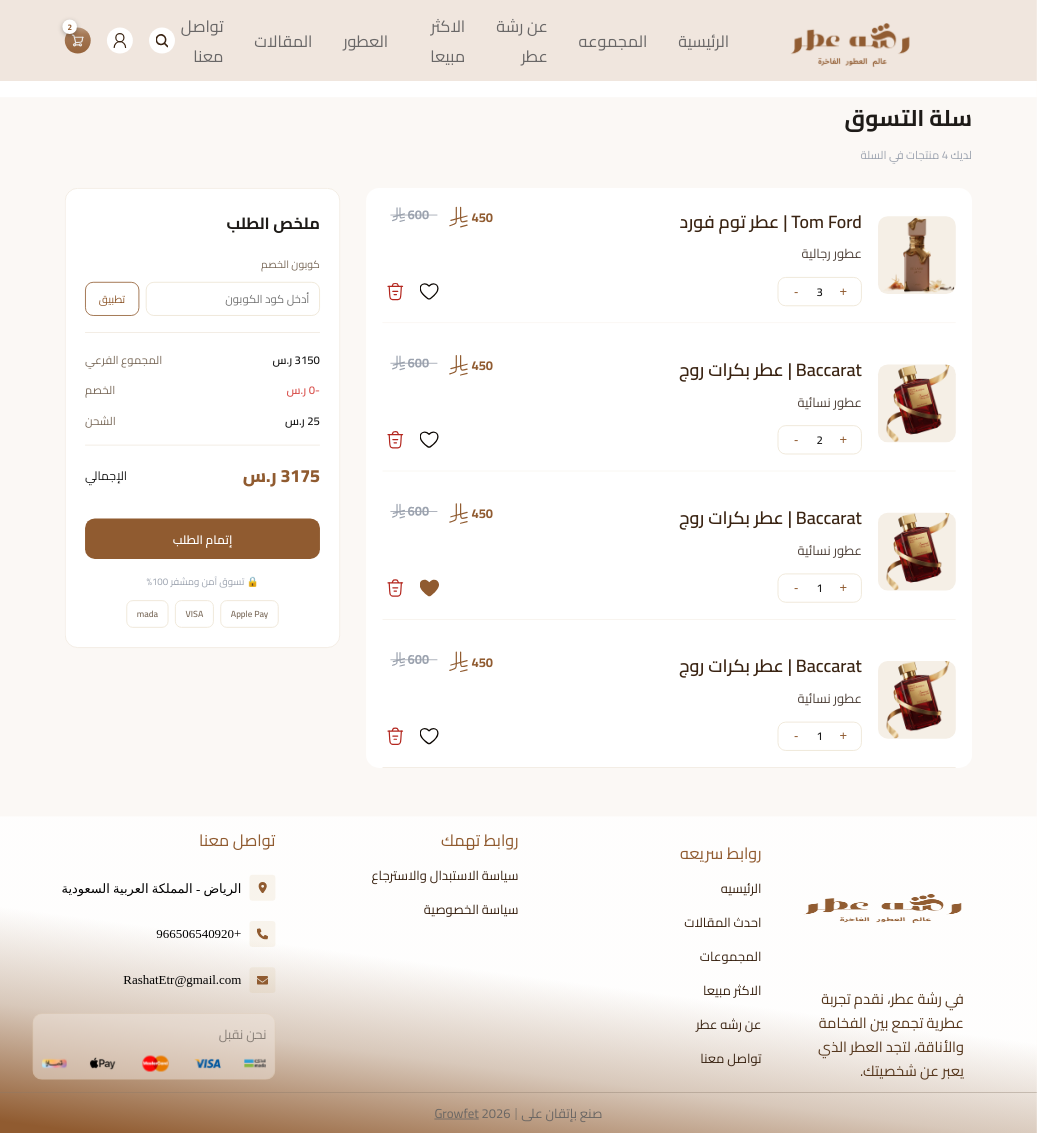
Repository: mahmoudesh74/rashet-3tr
Page: /ShoppingBasket
An editor plug-in stored every save of this project. The page is shown before and after the next save, followed by the edit.
The browser window is 1280 px wide. The pictures show the whole page, at 81% of full size.
Some web fonts or font styles are not loaded; a fallback is used. The project was rebuilt for these pictures with package versions that can differ from the ones it lists, and the page was loaded fresh each time. Also part of the build but not shown: vite.config.js, src/App.css, src/components/HeaderSection/Header.css, src/components/HeaderSection/Header.jsx, src/components/GroupSection/GroupSection.css, src/components/GroupSection/GroupSection.jsx, src/components/AboutSection/AboutSection.css, src/components/AboutSection/AboutSection.jsx and 35 more. Imported but missing from the stored project, and not drawn on this page: src/assets/vedio.mp4.

Above is the page before, as saved 2026-09-28 23:42:21.

### index.html
<!doctype html>
<html lang="ar" dir="rtl">
  <head>
    <meta charset="UTF-8" />
    <link rel="icon" type="image/svg+xml" href="/favicon.svg" />
    <meta name="viewport" content="width=device-width, initial-scale=1.0" />
    <title>rashet-3tr</title>
    <link rel="preconnect" href="https://fonts.googleapis.com">
<link rel="preconnect" href="https://fonts.gstatic.com" crossorigin>
<link href="https://fonts.googleapis.com/css2?family=Be+Vietnam+Pro:ital,wght@0,100;0,200;0,300;0,400;0,500;0,600;0,700;0,800;0,900;1,100;1,200;1,300;1,400;1,500;1,600;1,700;1,800;1,900&family=Cairo:wght@200..1000&family=IBM+Plex+Sans:ital,wght@0,100..700;1,100..700&family=Kameron:wght@400..700&family=Noto+Rashi+Hebrew:wght@100..900&family=Plus+Jakarta+Sans:ital,wght@0,200..800;1,200..800&family=Roboto:ital,wght@0,100..900;1,100..900&family=Tajawal:wght@200;300;400;500;700;800;900&display=swap" rel="stylesheet">
    <link rel="preconnect" href="https://fonts.googleapis.com">
<link rel="preconnect" href="https://fonts.gstatic.com" crossorigin>
<link href="https://fonts.googleapis.com/css2?family=Be+Vietnam+Pro:ital,wght@0,100;0,200;0,300;0,400;0,500;0,600;0,700;0,800;0,900;1,100;1,200;1,300;1,400;1,500;1,600;1,700;1,800;1,900&family=Cairo:wght@200..1000&family=IBM+Plex+Sans:ital,wght@0,100..700;1,100..700&family=Kameron:wght@400..700&family=Noto+Rashi+Hebrew:wght@100..900&family=Plus+Jakarta+Sans:ital,wght@0,200..800;1,200..800&display=swap" rel="stylesheet">
    <link rel="preconnect" href="https://fonts.googleapis.com">
<link rel="preconnect" href="https://fonts.gstatic.com" crossorigin>
<link href="https://fonts.googleapis.com/css2?family=Be+Vietnam+Pro:ital,wght@0,100;0,200;0,300;0,400;0,500;0,600;0,700;0,800;0,900;1,100;1,200;1,300;1,400;1,500;1,600;1,700;1,800;1,900&family=Cairo:wght@200..1000&family=IBM+Plex+Sans:ital,wght@0,100..700;1,100..700&family=Kameron:wght@400..700&display=swap" rel="stylesheet">
 <link rel="preconnect" href="https://fonts.googleapis.com">
<link rel="preconnect" href="https://fonts.gstatic.com" crossorigin>
<link href="https://fonts.googleapis.com/css2?family=Be+Vietnam+Pro:ital,wght@0,100;0,200;0,300;0,400;0,500;0,600;0,700;0,800;0,900;1,100;1,200;1,300;1,400;1,500;1,600;1,700;1,800;1,900&family=Cairo:wght@200..1000&family=IBM+Plex+Sans:ital,wght@0,100..700;1,100..700&family=Kameron:wght@400..700&family=Plus+Jakarta+Sans:ital,wght@0,200..800;1,200..800&display=swap" rel="stylesheet">
</head>
  <body>
    <div id="root"></div>
    <script type="module" src="/src/main.jsx"></script>
  </body>
</html>

### src/main.jsx
import React from "react";
import ReactDOM from "react-dom/client";
import { BrowserRouter } from "react-router-dom";
import App from "./App.jsx";
import "./styles/variables.css";
ReactDOM.createRoot(document.getElementById("root")).render(
  <React.StrictMode>
    <BrowserRouter>
      <App />
    </BrowserRouter>
  </React.StrictMode>
);

### src/App.jsx
import "./App.css";
import HomePage from "./pages/HomePage/homePag";
import NavBar from "./components/NavBar/NavBar";
import Footer from "./components/Footer/Footer";
import { Routes, Route } from "react-router-dom";
import GroupPage from "./pages/GroupPage/GroupPage";
import GroupCatalog from "./pages/groupCatalog/groupCatalog";
import AboutRashetEtr from "./pages/AboutRashetEtr/AboutRashetEtr";
import PrivacyPolicyPage from "./pages/PrivacyPolicy/privacyPolicy"
import PolicyReplace from "./pages/PolicyReplace/PolicyReplace"
import ContactUs from "./pages/ContactUs/ContactUs"
import PerfumePage from "./pages/perfumePage/perfumePage"
import ProductDetailsPage from "./pages/PerfumeDetails/PerfumeDetails"
import ShoppingBasket from "./pages/ShoppingBasket/ShoppingBasket"
function App() {
  return (
    <>
      <NavBar />

      <Routes>
        <Route path="/" element={<HomePage />} />
        <Route path="/GroupPage" element={<GroupPage />} />
        <Route path="/GroupCatalog/:id" element={<GroupCatalog />} />
        <Route path="/AboutRashetEtr" element={<AboutRashetEtr />} />
        <Route path="/PrivacyPolicyPage" element={<PrivacyPolicyPage />} />
        <Route path="/PolicyReplace" element={<PolicyReplace />} />
        <Route path="/ContactUs" element={<ContactUs />} />
        <Route path="/PerfumePage" element={<PerfumePage />} />
        <Route path="/PerfumeDetails" element={<ProductDetailsPage />} />
        <Route path="/ShoppingBasket" element={<ShoppingBasket />} />






      </Routes>

      <Footer />
    </>
  );
}

export default App;

### src/pages/HomePage/homePage.css
*{
  padding: 0;
  margin: 0;
}
.HomePageHader {
  position: relative;
  width: 100%;
  height: 750px;

}

.HeaderBgVideo {
  position: absolute;
  top: 50%;
  left: 50%;
  min-width: 100%;
  min-height: 100%;
  width: auto;
  height: auto;
  transform: translate(-50%, -50%);
  object-fit: cover;
  z-index: -1;
}

.HeaderContent {
  position: relative;
  z-index: 1;
}

### src/components/NavBar/NavBar.module.css
.navbar {
  width: 100%;
  background-color:  #EFE4DBE5;
  height: 100px;

  position: absolute;
  top: 0;
  right: 0;
  left: 0;
  z-index: 100;
}

.container {
  height: 100px;
  display: flex;
  align-items: center;
  justify-content: space-evenly;
  padding-top: 16px;
  padding-bottom: 16px;
  padding-left: 80px;
  padding-right: 80px;
}
.logoImage {
  width: auto;
  height: 300px;
  object-fit: contain;
  scale: crop;
}

.links {
  align-items: center;
  gap: 38px;
  list-style: none;
  margin: 0;
  padding: 0;
}

@media (min-width: 768px) {
  .links {
    display: flex;
  }
}

.link {
  font-size: 20px;
  color: #696767;
  text-decoration: none;
  padding-bottom: 4px;
  font-family: "cairo";
  font-weight: 400;
}



.icons {
  display: flex;
  align-items: center;
  gap: 20px;
  flex-shrink: 0;
}
.search {
  display: flex;
  align-items: center;
  width: 32px;
  height: 32px;
  border-radius: 50%;
  background-color: #FFFFFF;
  justify-content: center;
  cursor: pointer;
}
.profile {
  cursor: pointer;
  display: flex;
  align-items: center;
  width: 32px;
  height: 32px;
  border-radius: 50%;
  background-color: #FFFFFF;
  justify-content: center;
}

.cart {
  position: relative;
  cursor: pointer;
  display: flex;
  align-items: center;
  justify-content: center;
  width: 32px;
  height: 32px;
  border-radius: 50%;
  background: linear-gradient(
    180deg,
    #ba987c 0%,
    #a57956 27.68%,
    #905B30 125.82%
  );
}

.cartCount {
  position: absolute;
  top: -10px;
  left: -3px;
  width: 18px;
  height: 18px;
  display: flex;
  align-items: center;
  justify-content: center;
  border-radius: 50%;
  background: #fff;
  color: #905B30;
  font-size: 10px;
  font-weight: 700;
  font-family: "cairo";
  box-shadow: 0 2px 6px #0000004d;
}
.link {
  position: relative;
  text-decoration: none;
}

.link::after {
  content: "";
  position: absolute;
  bottom: -8px;
  left: 0;
  width: 0;
  height: 3px;
  background-color: #905B30;
  transition: width 0.3s ease;
}

.link:hover::after {
  width: 100%;
}



@media (max-width: 1024px) {
  .navbar,
  .container {
    height: 90px;
  }
  .logoImage {
    height: 220px;
  }
  .links {
    gap: 22px;
  }
  .link {
    font-size: 16px;
  }
}

@media (max-width: 767px) {
  .navbar,
  .container {
    height: 70px;
  }
  .logoImage {
    height: 160px;
  }
  .icons {
    gap: 14px;
  }
  .search,
  .profile,
  .cart {
    width: 28px;
    height: 28px;
  }
}

@media (max-width: 480px) {
  .navbar,
  .container {
    height: 60px;
  }
  .logoImage {
    height: 120px;
  }
}

### src/components/Footer/Footer.css
.Footer {
  width: 100%;
  height: auto;
  background: linear-gradient(7.52deg, #905B30 2.66%, rgba(178, 147, 120, 0.5) 28.7%, rgba(212, 203, 192, 0) 50%),
    linear-gradient(0deg, rgba(251, 248, 245, 0.2), rgba(251, 248, 245, 0.2));
}
.row {
  width: 100%;
  display: flex;
  padding: 10px 40px 10px 40px;
}
.LogoContainer {
  display: flex;
  width: 25%;
  flex-direction: column;
  align-items: center;
  justify-content: center;
}
.LogoContainer img {
  width: 400px;
  height: 200px;
}
.LogoContainer p {
  max-width: 200px;
  font-family: "Cairo";
  font-size: 18px;
  font-weight: 400;
  color: #56371D;
  line-height: 30px;
}
.LinksContainer {
  width: 25%;
  gap: 10px;
  display: flex;
  flex-direction: column;

  justify-content: center;
}
.LinksContainer h3 {
  font-size: 20px;
  font-weight: 400;
  font-family: "Cairo";
  color: #905B30;
}
.LinksContainer a {
  font-size: 16px;
  font-weight: 400;
  color: #3A2413;
  font-family: "Cairo";
  text-decoration: none;
}
.ownLinks {
  width: 25%;
  gap: 10px;
  display: flex;
  flex-direction: column;

}
.ownLinks h3 {
  font-size: 20px;
  font-weight: 400;
  font-family: "Cairo";
  color: #905B30;
}
.ownLinks a {
  font-size: 16px;
  font-weight: 400;
  color: #3A2413;
  font-family: "Cairo";
  text-decoration: none;
}
.contactWithUs {
  width: 25%;
  gap: 25px;
  display: flex;
  flex-direction: column;

}
.contactWithUs h3 {
  font-size: 20px;
  font-weight: 400;
  font-family: "Cairo";
  color: #905B30;
}
.location {
  display: flex;
  align-items: center;
  gap: 10px;
}
.locationIcon {
  display: flex;
  align-items: center;
  justify-content: center;
  width: 32px;
  height: 32px;
  background-color: #C5A0591A;
  border-radius: 4px;
}
.phoneIcon {
  display: flex;
  align-items: center;
  justify-content: center;
  width: 32px;
  height: 32px;
  background-color: #C5A0591A;
  border-radius: 4px;
}


.linkItem {
  display: flex;
  flex-direction: column;
  align-items: flex-start;
  width: fit-content;
}

.FooterLine {
  height: 2px;
  width: 20px;
  background-color: #905B30;
  border-radius: 8px;


  opacity: 0;
  transform: scaleX(0);
  transform-origin: right;
  transition: opacity 0.2s ease, transform 0.2s ease;
}

.linkItem:hover .FooterLine {
  opacity: 1;
  transform: scaleX(1);
}
.makeby{
    align-items: center;
    justify-content: center;
    display: flex;
    border-top: 1px solid #8A7A6A80;

   padding: 10px 0 10px 0;
    gap: 5px;
    color: #6B6764;

}
.makeby p{
    font-size: 16px ;
    font-weight: 400;
    font-family: "Cairo";
    color: #6B6764;
}
.payed{
    height:82px;
    width: 100%;
    background-color: #EFE6DD80;
    border: 1px solid #C5A0591A;
    border-radius: 12px;

}
.payed p{
  margin: 0;
  padding: 10px;
    font-family: "Cairo";
    font-size: 16px;
    font-weight: 400;
    color: #2D292680;
}
.payrow {
    display: flex;
    justify-content: space-between;
    gap: 20px;
    padding: 0 10px 0 10px;
}

### src/pages/ShoppingBasket/ShoppingBasket.css
.cart-page {
  margin-top: 120px;
  padding: 0 80px 60px;
  direction: rtl;
  font-family: "Cairo";
  color: #1a1a1a;
  background-color: #FBF8F5;

}

.cart-page-header {
  margin-bottom: 28px;
}

.cart-page-header h1 {
  margin: 0 0 6px;
  font-size: 28px;
  font-weight: 700;
  color: #1e1b18;
}

.cart-page-header p {
  margin: 0;
  font-size: 14px;
  color: #9ca3af;
}

.cart-page-layout {
  display: grid;
  grid-template-columns:  1fr 340px;
  gap: 32px;
  align-items: start;
}

/* ---------- Order summary ---------- */
.cart-summary {
  background: #ffffff;
  border: 1px solid #f0e9df;
  border-radius: 16px;
  padding: 24px;
  position: sticky;
  top: 140px;
}

.cart-summary-title {
  margin: 0 0 20px;
  font-size: 20px;
  font-weight: 700;
  color: #1e1b18;
}

.cart-coupon {
  padding-bottom: 20px;
  margin-bottom: 20px;
  border-bottom: 1px solid #f0e9df;
}

.cart-coupon-label {
  display: block;
  font-size: 13px;
  color: #7a6a5a;
  margin-bottom: 10px;
}

.cart-coupon-input-row {
  display: flex;
  gap: 8px;
}

.cart-coupon-input-row input {
  flex: 1;
  height: 42px;
  border-radius: 10px;
  border: 1px solid #ede4d3;
  padding: 0 12px;
  font-family: "Cairo";
  font-size: 14px;
  outline: none;
}

.cart-coupon-input-row button {
  height: 42px;
  padding: 0 16px;
  border-radius: 10px;
  border: 1px solid #905b30;
  background: #ffffff;
  color: #905b30;
  font-family: "Cairo";
  font-size: 13px;
  cursor: pointer;
}

.cart-coupon-applied {
  display: flex;
  align-items: center;
  gap: 8px;
  height: 42px;
  border-radius: 10px;
  border: 1px solid #ede4d3;
  padding: 0 12px;
  font-family: "Cairo";
  font-size: 14px;
  color: #1a1a1a;
}

.cart-coupon-remove {
  border: none;
  background: transparent;
  color: #9ca3af;
  font-size: 18px;
  cursor: pointer;
  line-height: 1;
}

.cart-coupon-success {
  display: flex;
  align-items: center;
  gap: 6px;
  margin: 10px 0 0;
  font-size: 12px;
  color: #905b30;
}

.cart-coupon-error {
  margin: 10px 0 0;
  font-size: 12px;
  color: #d9534f;
}

.cart-summary-rows {
  display: flex;
  flex-direction: column;
  gap: 12px;
  margin-bottom: 16px;
}

.cart-summary-row {
  display: flex;
  align-items: center;
  justify-content: space-between;
  font-size: 14px;
}

.cart-summary-label {
  color: #7a6a5a;
}

.cart-summary-value {
  font-weight: 600;
  color: #1a1a1a;
}

.cart-summary-value--discount {
  color: #d9534f;
}

.cart-summary-total {
  display: flex;
  align-items: center;
  justify-content: space-between;
  padding: 16px 0;
  margin-bottom: 16px;
  border-top: 1px solid #f0e9df;
}

.cart-summary-total-label {
  font-size: 15px;
  color: #1a1a1a;
}

.cart-summary-total-value {
  font-size: 22px;
  font-weight: 800;
  color: #905b30;
}

.cart-checkout-btn {
  width: 100%;
  height: 50px;
  border-radius: 12px;
  border: none;
  background: #905b30;
  color: #ffffff;
  font-family: "Cairo";
  font-size: 15px;
  font-weight: 600;
  cursor: pointer;
  margin-bottom: 16px;
}

.cart-checkout-btn:hover {
  background: #7c4d27;
}

.cart-checkout-btn:disabled {
  opacity: 0.5;
  cursor: not-allowed;
}

.cart-secure-text {
  text-align: center;
  font-size: 12px;
  color: #9ca3af;
  margin: 0 0 12px;
}

.cart-payment-badges {
  display: flex;
  align-items: center;
  justify-content: center;
  gap: 8px;
}

.cart-payment-badge {
  padding: 6px 12px;
  border-radius: 8px;
  border: 1px solid #ede4d3;
  font-size: 11px;
  font-weight: 600;
  color: #7a6a5a;
}

/* ---------- Cart items list ---------- */
.cart-items-list {
  display: flex;
  flex-direction: column;
  gap: 16px;
  border-radius: 16px;
  background-color: #ffffff;
}

.cart-empty-text {
  text-align: center;
  color: #9ca3af;
  padding: 60px 0;
}

.cart-item {
     display: flex;
    align-items: center;
    gap: 20px;
    background: #ffffff;
    border-top-left-radius: 16px;
    border-top-right-radius: 16px;
    margin: 0px 20px 0px 20px;
    border-bottom: 1px solid #f0e9df;
    padding: 20px 0px 20px 0px;
}


.cart-item-image {
  width: 96px;
  height: 96px;
  border-radius: 12px;
  overflow: hidden;
  background: #f5efe6;
  flex-shrink: 0;
}

.cart-item-image img {
  width: 100%;
  height: 100%;
  object-fit: cover;
}

.cart-item-content {
  flex: 1;
  display: flex;
  flex-direction: column;
  gap: 14px;
  min-width: 0;
}

.cart-item-top {
  display: flex;
  align-items: flex-start;
  justify-content: space-between;
  gap: 12px;
}

.cart-item-names h3 {
  margin: 0 0 4px;
  font-size: 22px;
  font-weight: 600;
  font-family: "Cairo";
  color: #3A2413;
}

.cart-item-names span {
  font-size: 16px;
  font-weight: 400;
  font-family: "Cairo";
  color: #51443C;
}

.cart-item-price {
  display: flex;
  align-items: center;
  justify-content: center;
  gap: 8px;
  flex-shrink: 0;
}

.cart-item-old-price {
  font-size: 13px;
  color: #9ca3af;
  text-decoration: line-through;
}

.cart-item-new-price {
  font-size: 16px;
  font-weight: 700;
  color: #905b30;
  display: flex;
  align-items: center;
  justify-content: center;
}

.cart-item-bottom {
  display: flex;
  align-items: center;
  justify-content: space-between;
}

.cart-item-qty {
  display: flex;
  align-items: center;
  gap: 12px;
  border: 1px solid #ede4d3;
  border-radius: 10px;
  padding: 4px 12px;
}

.cart-item-qty button {
  width: 20px;
  height: 20px;
  border: none;
  background: transparent;
  color: #905b30;
  font-size: 16px;
  line-height: 1;
  cursor: pointer;
  display: flex;
  align-items: center;
  justify-content: center;
}

.cart-item-qty span {
  font-size: 14px;
  font-weight: 600;
  min-width: 14px;
  text-align: center;
}

.cart-item-actions {
  display: flex;
  align-items: center;
  gap: 10px;
}

.cart-item-fav,
.cart-item-remove {
  width: 32px;
  height: 32px;
 border: none;
 background: none;

  display: flex;
  align-items: center;
  justify-content: center;
  cursor: pointer;
}

.cart-item-fav img,
.cart-item-remove img {
  width: 24px;
  height: 24px;
}

.cart-item-fav.is-active {
  border-color: #905b30;
}

/* ---------- Responsive ---------- */
@media (max-width: 1024px) {
  .cart-page {
    padding: 0 24px 60px;
  }
  .cart-page-layout {
    grid-template-columns: 1fr;
  }
  .cart-summary {
    position: static;
    order: 2;
  }
  .cart-items-list {
    order: 1;
  }
}

@media (max-width: 600px) {
  .cart-item {
    flex-direction: column;
    align-items: stretch;
  }
  .cart-item-image {
    width: 100%;
    height: 160px;
  }
}

### src/pages/LoginPage/LoginPage.css
* {
  box-sizing: border-box;
}

.login-card {
  position: relative;
  background: #FFFFFF;
  width: 100%;
  border-radius: 20px;
  padding: 48px 44px;
}

.login-close {
  position: absolute;
  top: 16px;
  left: 16px;
  width: 32px;
  height: 32px;
  border-radius: 50%;
  border: none;
  background: #f3ede1;
  color: #6b6258;
  font-size: 20px;
  line-height: 1;
  cursor: pointer;
  display: flex;
  align-items: center;
  justify-content: center;
  transition: background 0.15s ease;
}

.login-close:hover {
  background: #e4dccb;
}

.login-title {
  font-size: 24px;
  font-weight: 700;
  font-family: "Cairo";
  color: #3a2413;
  text-align: center;
  margin: 0;
}

.login-subtitle {
  text-align: center;
  color: #717182;
  font-size: 16px;
  font-weight: 400;
  font-family: "SF Pro";
  margin-top: 8px;
  margin-bottom: 32px;
}

.google-btn {
  width: 100%;
  display: flex;
  align-items: center;
  justify-content: center;
  gap: 10px;
  padding: 14px;
  border: 2px solid #1a71f6;
  border-radius: 12px;
  background: #FFFFFF;
  color: #1a71f6;
  font-family: "Plus Jakarta Sans";
  font-size: 14px;
  font-weight: 700;
  cursor: pointer;
  transition: background 0.15s ease;
}

.divider {
  display: flex;
  align-items: center;
  gap: 14px;
  margin: 28px 0;
  color: #323130;
  font-size: 12px;
  font-weight: 700;
  font-family: "Plus Jakarta Sans";
}

.divider-line {
  flex: 1;
  height: 0.5px;
  background: #1a71f6;
}

.field {
  margin-bottom: 20px;
}

.field-label {
  display: block;
  font-size: 14px;
  font-weight: 700;
  color: #323130;
  font-family: "Plus Jakarta Sans";
  margin-bottom: 8px;
}

.text-input {
  width: 100%;
  padding: 14px 16px;
  border: 1.6px solid #d1d1d1;
  border-radius: 16px;
  font-family: "Plus Jakarta Sans";
  font-size: 14px;
  font-weight: 400;
  color: #333333;
  background: #FFFFFF;
  outline: none;
  transition: border-color 0.15s ease;
}

.text-input:focus {
  border-color: #a8642f;
}

.text-input::placeholder {
  color: #737373;
  font-family: "Plus Jakarta Sans";
  font-weight: 400;
  font-size: 14px;
}

.password-wrap {
  position: relative;
}

.password-wrap .text-input {
  padding-left: 44px;
}

.toggle-eye {
  position: absolute;
  left: 14px;
  top: 50%;
  transform: translateY(-50%);
  background: none;
  border: none;
  cursor: pointer;
  color: #6b6258;
  display: flex;
  padding: 0;
}

.toggle-eye svg {
  width: 20px;
  height: 20px;
}

.form-row {
  display: flex;
  align-items: center;
  justify-content: space-between;
  margin-bottom: 28px;
  font-size: 14px;
}

.remember-label {
  display: flex;
  align-items: center;
  gap: 8px;
  color: #333333;
  font-size: 14px;
  font-weight: 700;
  font-family: "Plus Jakarta Sans";
  cursor: pointer;
}

.remember-checkbox {
  width: 17px;
  height: 17px;
  accent-color: #905B30;
  cursor: pointer;
}

.forgot-link {
  color: #1a71f6;
  font-size: 14px;
  font-family: "Plus Jakarta Sans";
  font-weight: 700;
}

.forgot-link:hover {
  text-decoration: underline;
}

.submit-btn {
  width: 100%;
  padding: 15px;
  border: none;
  border-radius: 12px;
  background: #905B30;
  color: #FFFFFF;
  font-family: "Plus Jakarta Sans";
  font-size: 14px;
  font-weight: 700;
  cursor: pointer;
  transition: background 0.15s ease;
}

.submit-btn:hover {
  background: #8b5024;
}

.footer-text {
  text-align: center;
  margin-top: 22px;
  font-size: 14px;
  font-family: "Plus Jakarta Sans";
  font-weight: 400;
  color: #323130;
}





/* Responsive */
@media (max-width: 600px) {
  .login-card {
    padding: 32px 24px;
    border-radius: 16px;
  }

  .login-title {
    font-size: 24px;
  }

  .login-subtitle {
    font-size: 14px;
    margin-bottom: 24px;
  }

  .google-btn {
    padding: 12px;
    font-size: 14px;
  }

  .text-input {
    padding: 12px 14px;
    font-size: 14px;
  }

  .password-wrap .text-input {
    padding-left: 40px;
  }

  .form-row {
    flex-wrap: wrap;
    gap: 10px;
  }

  .submit-btn {
    padding: 13px;
    font-size: 15px;
  }
}

@media (max-width: 360px) {
  .login-card {
    padding: 24px 18px;
  }

  .login-title {
    font-size: 21px;
  }
}

Loaded but not shown: src/pages/ShoppingBasket/ShoppingBasket.jsx (280 lines, source omitted); src/components/Footer/Footer.jsx (169 lines, source omitted); src/components/NavBar/NavBar.jsx (173 lines, source omitted)

After the next save:
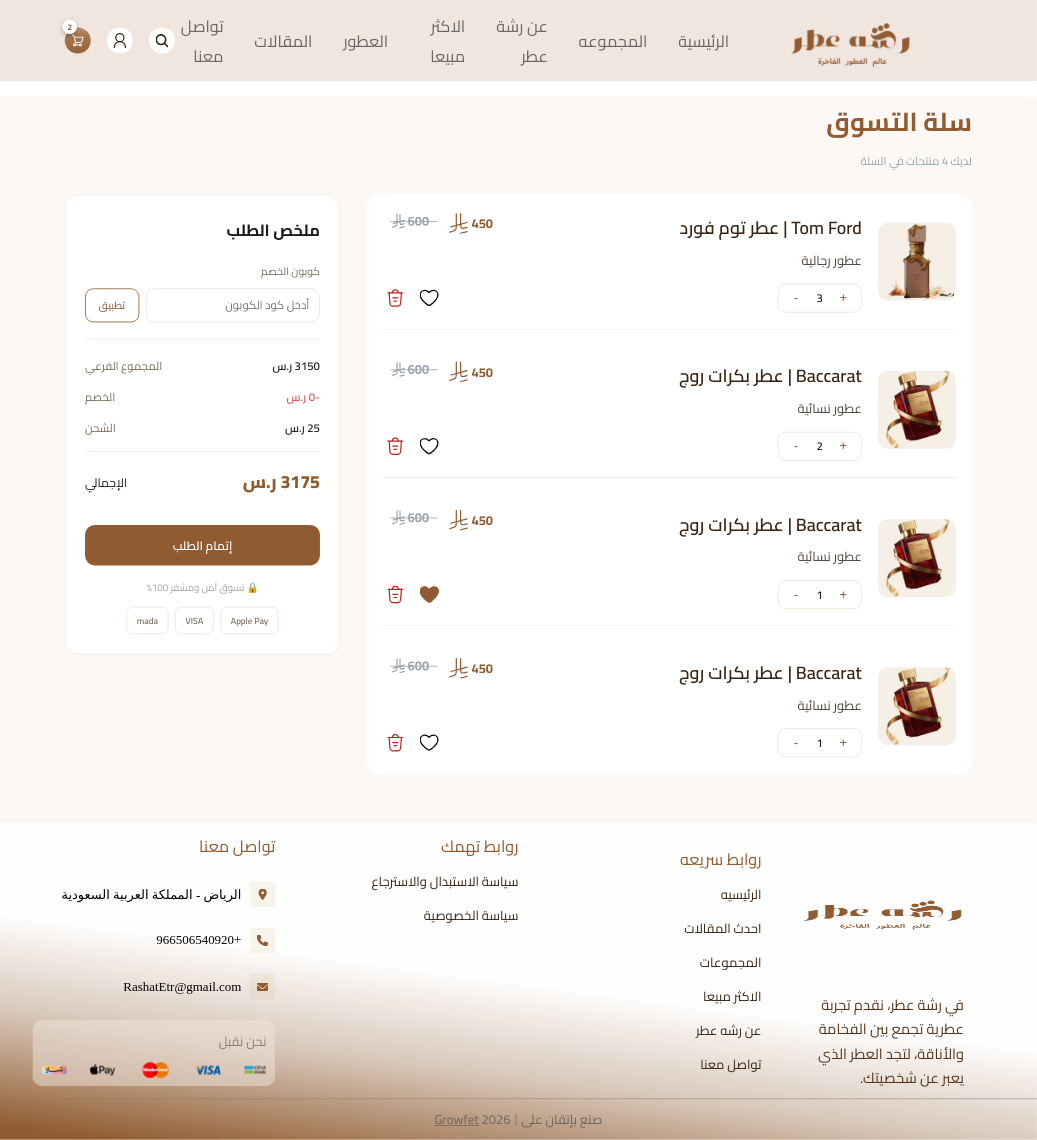
Saved 61 s later.
--- a/src/pages/ShoppingBasket/ShoppingBasket.css
+++ b/src/pages/ShoppingBasket/ShoppingBasket.css
@@ -14,9 +14,9 @@
 
 .cart-page-header h1 {
   margin: 0 0 6px;
-  font-size: 28px;
+  font-size: 32px;
   font-weight: 700;
-  color: #1e1b18;
+  color: #915C32;
 }
 
 .cart-page-header p {
